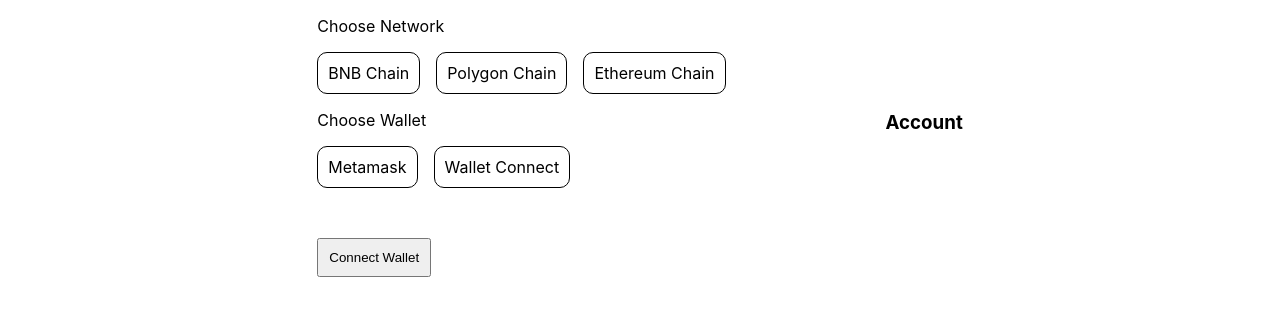
Repository: m-ahmadshaikh/Wallet-Connect
Page: /
An editor plug-in stored every save of this project. The page is shown before and after the next save, followed by the edit.
The browser window is 1280 px wide. The pictures show the whole page.
The project was rebuilt for these pictures with package versions that can differ from the ones it lists, and the page was loaded fresh each time.

Above is the page before, as saved 2023-01-19 19:00:39.

### src/App.js
import { useState } from "react";
import "./App.css";
import Button from "./components/Button/Button";
import Web3 from "web3";
// import WalletConnectProvider from "@walletconnect/web3-provider";

//  Create WalletConnect Provider
// const provider = new WalletConnectProvider({
//   infuraId: "27e484dcd9e3efcfd25a83a78777cdf1", // Required
// });


//  Create Web3
// let web3 = new Web3(provider);
let web3;

function App() {
  const [selectedNetwork, setSelectedNetwork] = useState("");
  const [selectedWallet, setSelectedWallet] = useState("");
  const [address, setAddress] = useState("");
  const [balance, setBalance] = useState("");

  const onConnect = async () => {
    console.log(selectedWallet)
    console.log(selectedNetwork)
    if (selectedNetwork === "ethereum") {
      console.log('eth')

      web3 = new Web3(
        new Web3.providers.HttpProvider(
          "https://mainnet.infura.io/v3/27e484dcd9e3efcfd25a83a78777cdf1"
        )
      );
    } else if (selectedNetwork === "bnb") {
      console.log('bnb')

      web3 = new Web3(
        new Web3.providers.HttpProvider("https://bsc-dataseed.binance.org/")
      );
    } else if (selectedNetwork === "polygon") {
      console.log('polygon')
      web3 = new Web3(
        new Web3.providers.HttpProvider("https://polygon.network")
      );
    }
    if (selectedWallet === "metamask" && window.ethereum) {
      console.log('metamask')
      try {
        web3 = new Web3(window.web3.currentProvider);
        await window.ethereum.enable();
        const accounts = await web3.eth.getAccounts();
        setAddress(accounts[0]);
        const balanceWei = await web3.eth.getBalance(accounts[0]);
        const balanceEther = web3.utils.fromWei(balanceWei, "ether");
        setBalance(balanceEther);
      } catch (error) {}
    } else {
      console.log('install metamask')
      // if (provider.connected) {
      //   // const provider = new WalletConnectProvider({
      //   //   infuraId: "27e484dcd9e3efcfd25a83a78777cdf1",
      //   // });
      //   // await provider.enable();
      //   // if (provider.connected) {
      //   //   const accounts = await web3.eth.getAccounts();
      //   //   setAddress(accounts[0]);
      //   //   const balanceWei = await web3.eth.getBalance(accounts[0]);
      //   //   const balanceEther = web3.utils.fromWei(balanceWei, "ether");
      //   //   setBalance(balanceEther);
      //   // }
      // }
    }
  };
  const onNetworkClick = (text) => {
    setSelectedNetwork(text);
  };
  const onWalletClick = (text) => {
    setSelectedWallet(text);
  };
  return (
    <div className="main">
      <div>
        <p>Choose Network</p>
        <div className="flex">
          <Button
            text={"BNB Chain"}
            active={selectedNetwork === "bnb"}
            onClick={() => onNetworkClick("bnb")}
          />
          <Button
            text={"Polygon Chain"}
            active={selectedNetwork === "polygon"}
            onClick={() => onNetworkClick("polygon")}
          />
          <Button
            text={"Ethereum Chain"}
            active={selectedNetwork === "ethereum"}
            onClick={() => onNetworkClick("ethereum")}
          />
        </div>

        <p>Choose Wallet</p>
        <div className="flex">
          <Button
            text={"Metamask"}
            active={selectedWallet === "metamask"}
            onClick={() => onWalletClick("metamask")}
          />
          <Button
            text={"Wallet Connect"}
            active={selectedWallet === "wallet_connect"}
            onClick={() => onWalletClick("wallet_connect")}
          />
        </div>

        <button onClick={onConnect} className="btn">
          Connect Wallet
        </button>
      </div>

      <div>
        <h3>Account</h3>
        <div className="flex">
          <p>{address}</p>
          <p>{balance}</p>
        </div>
      </div>
    </div>
  );
}

export default App;

### src/App.css
body {
  height: 100vh;
}

.flex {
  display: flex;
  gap: 1em;
}

.main {
  display: flex;
  justify-content: center;
  align-items: center;
  gap: 10em;
}

.btn {

  padding: 10px;
  margin-top: 50px;
  cursor: pointer;
}

### src/components/Button/Button.jsx
import React from 'react';
import classes from './Button.module.css';
function Button({ text, active, onClick }) {
  return (
    <div
      onClick={onClick}
      className={`${classes.main} ${active ? classes.active : ''}`}>
      {text}
    </div>
  );
}

export default Button;

### src/components/Button/Button.module.css
.main {
  background: white;
  border: 1px solid black;
  border-radius: 10px;
  padding: 10px;
  cursor: pointer;
}

.main:hover {
  background-color: wheat;
}

.active {
  border: 1px solid blue;
}

Loaded but not shown: public/index.html (common file); src/index.js (common file); src/index.css (common file); src/reportWebVitals.js (common file)

After the next save:
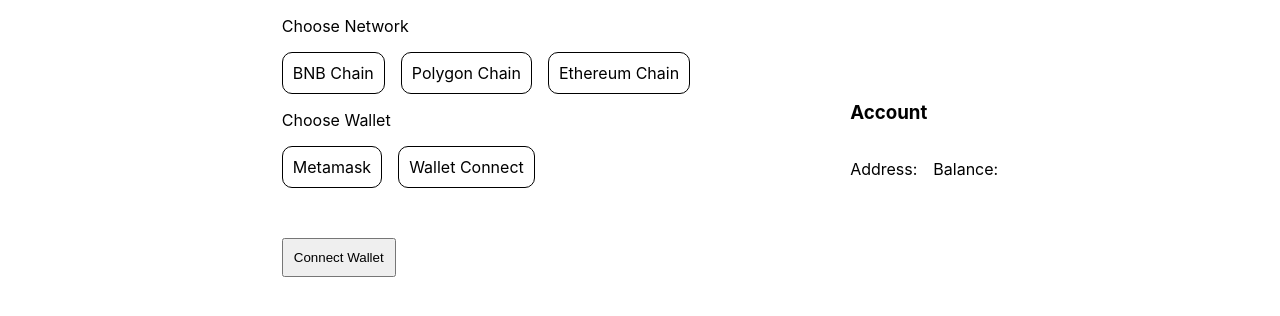
Saved 33 s later.
--- a/src/App.js
+++ b/src/App.js
@@ -121,8 +121,8 @@
       <div>
         <h3>Account</h3>
         <div className="flex">
-          <p>{address}</p>
-          <p>{balance}</p>
+          <p>Address: {address}</p>
+          <p>Balance: {balance}</p>
         </div>
       </div>
     </div>
